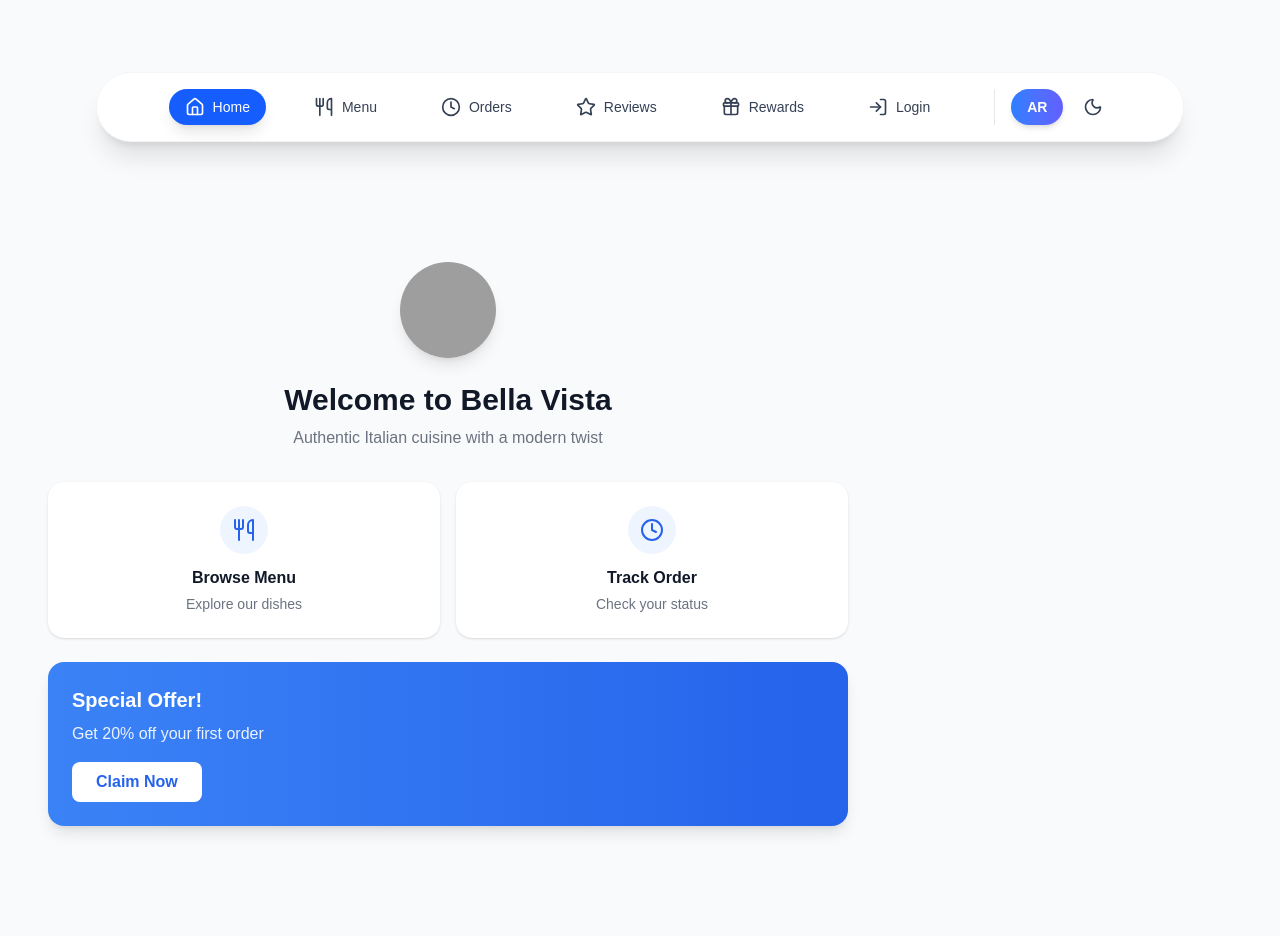
Repository: GraduationMERN/restaurant-system
Page: / (app in client/)
These files come from the project's save history. The page is drawn as it stood at one moment and after the next save; the edit follows.
The browser window is 1280 px wide. The pictures show the whole page.
Pictures or frames that could not be fetched are drawn as grey boxes. The project was rebuilt for these pictures with package versions that can differ from the ones it lists, and the page was loaded fresh each time. Also part of the build but not shown: client/vite.config.js, client/src/pages/ReviewsPage.jsx, client/src/components/Navbar.jsx, client/src/pages/RewardPage.jsx, client/src/components/ui/badge/Badge.jsx, client/src/components/ecommerce/EcommerceMetrics.jsx, client/src/components/ui/dropdown/Dropdown.jsx, client/src/components/ui/dropdown/DropdownItem.jsx and 37 more. Imported but missing from the stored project, and not drawn on this page: client/src/components/form/input/InputField, client/src/pages/admin/UserProfiles.

Above is the page before, as saved 2025-11-29 02:35:29.

### client/index.html
<!doctype html>
<html lang="en">
  <head>
    <meta charset="UTF-8" />
    <link rel="icon" type="image/svg+xml" href="/vite.svg" />
    <meta name="viewport" content="width=device-width, initial-scale=1.0" />
    <title>Restuarant</title>
  </head>
  <body>
    <div id="root"></div>
    <script type="module" src="/src/main.jsx"></script>
  </body>
</html>

### client/src/main.jsx
import { StrictMode } from 'react'
import { createRoot } from 'react-dom/client'
import './index.css'
import "swiper/swiper-bundle.css";
import "flatpickr/dist/flatpickr.css";
import App from './App.jsx'
import './i18n';
import { AppWrapper } from "./components/common/PageMeta.jsx";
import { ThemeProvider } from "./context/ThemeContext.jsx";
createRoot(document.getElementById('root')).render(
  // <StrictMode>
  <ThemeProvider>
    <AppWrapper>
      <App />
    </AppWrapper>
  </ThemeProvider>
  // </StrictMode>,
)

### client/src/App.jsx
import { BrowserRouter, Routes, Route } from "react-router-dom";
import ReviewsPage from "./pages/ReviewsPage";
import LandingPage from "./pages/LandingPage";
import Layout from "./components/Layout";
import RewardPage from "./pages/RewardPage";
import Admin from "./pages/admin/Admin";
import AppLayout from "./layout/admin-layout/AppLayout";
import { ScrollToTop } from "./components/common/ScrollToTop";
import OrderPage from "./features/orders/ui/OrderPage";

function App() {
  return (
    <BrowserRouter>
      <ScrollToTop />
      <Layout>
        <Routes>
          <Route path="/" element={<LandingPage />} />
          <Route path="/reviews" element={<ReviewsPage />} />
          <Route path="/rewards" element={<RewardPage />} />
           <Route path="/orders" element={<OrderPage />} />
          {/* Single Admin Page with section sub-route */}
          <Route element={<AppLayout />}>
            <Route path="/admin/:section?" element={<Admin />} />
          </Route>
        </Routes>
      </Layout>
    </BrowserRouter>
  );
}

export default App;

### client/src/components/common/PageMeta.jsx
import { HelmetProvider, Helmet } from "react-helmet-async";

const PageMeta = ({ title, description }) => (
  <Helmet>
    <title>{title}</title>
    <meta name="description" content={description} />
  </Helmet>
);

export const AppWrapper = ({ children }) => (
  <HelmetProvider>{children}</HelmetProvider>
);

export default PageMeta;

### client/src/context/ThemeContext.jsx
import { createContext, useState, useContext, useEffect } from "react";

const ThemeContext = createContext(undefined);

export const ThemeProvider = ({ children }) => {
  const [theme, setTheme] = useState("light");
  const [isInitialized, setIsInitialized] = useState(false);

  useEffect(() => {
    // This code will only run on the client side
    const savedTheme = localStorage.getItem("theme");
    const initialTheme = savedTheme || "light"; // Default to light theme

    setTheme(initialTheme);
    setIsInitialized(true);
  }, []);

  useEffect(() => {
    if (isInitialized) {
      localStorage.setItem("theme", theme);
      if (theme === "dark") {
        document.documentElement.classList.add("dark");
      } else {
        document.documentElement.classList.remove("dark");
      }
    }
  }, [theme, isInitialized]);

  const toggleTheme = () => {
    setTheme((prevTheme) => (prevTheme === "light" ? "dark" : "light"));
  };

  return (
    <ThemeContext.Provider value={{ theme, toggleTheme }}>
      {children}
    </ThemeContext.Provider>
  );
};

export const useTheme = () => {
  const context = useContext(ThemeContext);
  if (context === undefined) {
    throw new Error("useTheme must be used within a ThemeProvider");
  }
  return context;
};

### client/src/admin.css
@theme {
  --font-*: initial;
  --font-outfit: Outfit, sans-serif;

  --breakpoint-*: initial;
  --breakpoint-2xsm: 375px;
  --breakpoint-sm: 640px;
  --breakpoint-md: 768px;
  --breakpoint-lg: 1024px;
  --breakpoint-xl: 1280px;
  --breakpoint-2xl: 1536px;

  --text-title-2xl: 72px;
  --text-title-2xl--line-height: 90px;
  --text-title-xl: 60px;
  --text-title-xl--line-height: 72px;
  --text-title-lg: 48px;
  --text-title-lg--line-height: 60px;
  --text-title-md: 36px;
  --text-title-md--line-height: 44px;
  --text-title-sm: 30px;
  --text-title-sm--line-height: 38px;
  --text-theme-xl: 20px;
  --text-theme-xl--line-height: 30px;
  --text-theme-sm: 14px;
  --text-theme-sm--line-height: 20px;
  --text-theme-xs: 12px;
  --text-theme-xs--line-height: 18px;

  --color-current: currentColor;
  --color-transparent: transparent;
  --color-white: #ffffff;

  --color-brand-50: #ecf3ff;
  --color-brand-100: #dde9ff;
  --color-brand-200: #c2d6ff;
  --color-brand-300: #9cb9ff;
  --color-brand-400: #7592ff;
  --color-brand-500: #465fff;
  --color-brand-600: #3641f5;
  --color-brand-700: #2a31d8;
  --color-brand-800: #252dae;
  --color-brand-900: #262e89;

  --color-blue-light-50: #f0f9ff;
  --color-blue-light-100: #e0f2fe;
  --color-blue-light-200: #b9e6fe;
  --color-blue-light-300: #7cd4fd;
  --color-blue-light-400: #36bffa;
  --color-blue-light-500: #0ba5ec;
  --color-blue-light-600: #0086c9;
  --color-blue-light-700: #026aa2;
  --color-blue-light-800: #065986;
  --color-blue-light-900: #0b4a6f;

  --color-gray-50: #f9fafb;
  --color-gray-100: #f2f4f7;
  --color-gray-200: #e4e7ec;
  --color-gray-300: #d0d5dd;
  --color-gray-400: #98a2b3;
  --color-gray-500: #667085;
  --color-gray-600: #475467;
  --color-gray-700: #344054;
  --color-gray-800: #1d2939;
  --color-gray-900: #101828;

  --color-gray-dark: #1a2231;

  --color-orange-50: #fff6ed;
  --color-orange-100: #ffead5;
  --color-orange-200: #fddcab;
  --color-orange-300: #feb273;
  --color-orange-400: #fd853a;
  --color-orange-500: #fb6514;
  --color-orange-600: #ec4a0a;
  --color-orange-700: #c4320a;
  --color-orange-800: #9c2a10;
  --color-orange-900: #7e2410;

  --color-success-50: #ecfdf3;
  --color-success-100: #d1fadf;
  --color-success-200: #a6f4c5;
  --color-success-300: #6ce9a6;
  --color-success-400: #32d583;
  --color-success-500: #12b76a;
  --color-success-600: #039855;
  --color-success-700: #027a48;
  --color-success-800: #05603a;
  --color-success-900: #054f31;

  --color-error-50: #fef3f2;
  --color-error-100: #fee4e2;
  --color-error-200: #fecdca;
  --color-error-300: #fda29b;
  --color-error-400: #f97066;
  --color-error-500: #f04438;
  --color-error-600: #d92d20;
  --color-error-700: #b42318;
  --color-error-800: #912018;
  --color-error-900: #7a271a;

  --color-warning-50: #fffaeb;
  --color-warning-100: #fef0c7;
  --color-warning-200: #fedf89;
  --color-warning-300: #fec84b;
  --color-warning-400: #fdb022;
  --color-warning-500: #f79009;
  --color-warning-600: #dc6803;
  --color-warning-700: #b54708;
  --color-warning-800: #93370d;
  --color-warning-900: #7a2e0e;

  --shadow-theme-md: 0px 4px 8px -2px rgba(16, 24, 40, 0.1),
    0px 2px 4px -2px rgba(16, 24, 40, 0.06);
  --shadow-theme-lg: 0px 12px 16px -4px rgba(16, 24, 40, 0.08),
    0px 4px 6px -2px rgba(16, 24, 40, 0.03);
  --shadow-theme-sm: 0px 1px 3px 0px rgba(16, 24, 40, 0.1),
    0px 1px 2px 0px rgba(16, 24, 40, 0.06);
  --shadow-theme-xs: 0px 1px 2px 0px rgba(16, 24, 40, 0.05);
  --shadow-theme-xl: 0px 20px 24px -4px rgba(16, 24, 40, 0.08),
    0px 8px 8px -4px rgba(16, 24, 40, 0.03);
  --shadow-focus-ring: 0px 0px 0px 4px rgba(70, 95, 255, 0.12);

  --z-index-1: 1;
  --z-index-999: 999;
  --z-index-99999: 99999;
}

@layer base {
  *,
  ::after,
  ::before,
  ::backdrop,
  ::file-selector-button {
    border-color: var(--color-gray-200, currentColor);
  }
  button:not(:disabled),
  [role="button"]:not(:disabled) {
    cursor: pointer;
  }
  body {
    @apply relative font-normal font-outfit z-1 bg-gray-50 dark:bg-gray-900;
  }
}

@utility menu-item {
  @apply relative flex items-center w-full gap-3 px-3 py-2 font-medium rounded-lg text-theme-sm;
}

@utility menu-item-active {
  @apply bg-brand-50 text-brand-500 dark:bg-brand-500/[0.12] dark:text-brand-400;
}

@utility menu-item-inactive {
  @apply text-gray-700 hover:bg-gray-100 group-hover:text-gray-700 dark:text-gray-300 dark:hover:bg-white/5 dark:hover:text-gray-300;
}

@utility menu-item-icon-active {
  @apply text-brand-500 dark:text-brand-400;
}

@utility menu-item-icon-size {
  & svg {
    @apply !size-6;
  }
}

@utility menu-item-icon-inactive {
  @apply text-gray-500 group-hover:text-gray-700 dark:text-gray-400 dark:group-hover:text-gray-300;
}

### client/src/pages/LandingPage.jsx
import React from "react";
import { Utensils, Clock } from "lucide-react";

export default function LandingPage() {
  return (
    <div className="min-h-screen bg-default flex items-center justify-center px-4">
      <div className="max-w-7xl w-full">
        {/* Logo and Header */}
        <div className="text-center mb-8">
          <div className="w-24 h-24 mx-auto mb-6 rounded-full overflow-hidden shadow-lg">
            <img
              src="https://images.unsplash.com/photo-1517248135467-4c7edcad34c4?w=200&h=200&fit=crop"
              alt="Bella Vista"
              className="w-full h-full object-cover"
            />
          </div>
          <h1 className="text-3xl font-bold text-on-surface mb-2">
            Welcome to Bella Vista
          </h1>
          <p className="text-muted">
            Authentic Italian cuisine with a modern twist
          </p>
        </div>

        {/* Action Cards */}
        <div className="grid grid-cols-2 gap-4 mb-6">
          <button className="bg-surface rounded-2xl p-6 shadow-sm hover:shadow-md transition text-center">
            <div className="w-12 h-12 bg-primary-100 rounded-full flex items-center justify-center mx-auto mb-3">
              <Utensils className="w-6 h-6 text-primary" />
            </div>
            <h3 className="font-semibold text-on-surface mb-1">Browse Menu</h3>
            <p className="text-sm text-muted">Explore our dishes</p>
          </button>

          <button className="bg-surface rounded-2xl p-6 shadow-sm hover:shadow-md transition text-center">
            <div className="w-12 h-12 bg-primary-100 rounded-full flex items-center justify-center mx-auto mb-3">
              <Clock className="w-6 h-6 text-primary" />
            </div>
            <h3 className="font-semibold text-on-surface mb-1">Track Order</h3>
            <p className="text-sm text-muted">Check your status</p>
          </button>
        </div>

        {/* Special Offer Card */}
        <div className="bg-primary-gradient rounded-2xl p-6 shadow-lg text-white">
          <h3 className="text-xl font-bold mb-2">Special Offer!</h3>
          <p className="mb-4 opacity-90">Get 20% off your first order</p>
          <button className="bg-surface text-primary px-6 py-2 rounded-lg font-semibold hover:bg-default transition">
            Claim Now
          </button>
        </div>
      </div>
    </div>
  );
}

### client/src/components/Layout.jsx
import DesktopNav from "./desktopNav";
import Navbar from "./Navbar";
import { useLocation } from "react-router-dom";

export default function Layout({ children }) {
  const location = useLocation();
  const isAdmin = location.pathname.startsWith("/admin");

  return (
    <div className="min-h-screen w-full flex flex-col bg-gray-50">
      <div className={`w-full flex justify-center md:block`}>
        <div className={`w-full max-w-xl px-4 py-6 md:max-w-4xl md:px-8 md:pt-[calc(10vh+7rem)] md:pb-8`}>
          {children}
        </div>
      </div>

      {!isAdmin && (
        <div className="md:hidden pb-4">
          {/* Mobile navbar is now in bottom as before */}
        </div>
      )}
      {!isAdmin && <DesktopNav />}
    </div>
  );
}

Loaded but not shown: client/src/index.css (common file); client/src/components/common/ScrollToTop.jsx (common file); client/src/languages/ArabicLang.json (7 lines, source omitted); client/src/languages/EnglishLang.json (7 lines, source omitted); client/src/icons/admin-icons/index.js (43 lines, source omitted); client/src/i18n.js (30 lines, source omitted); client/src/layout/admin-layout/AppSidebar.jsx (280 lines, source omitted); client/src/components/DesktopNav.jsx (244 lines, source omitted)

After the next save:
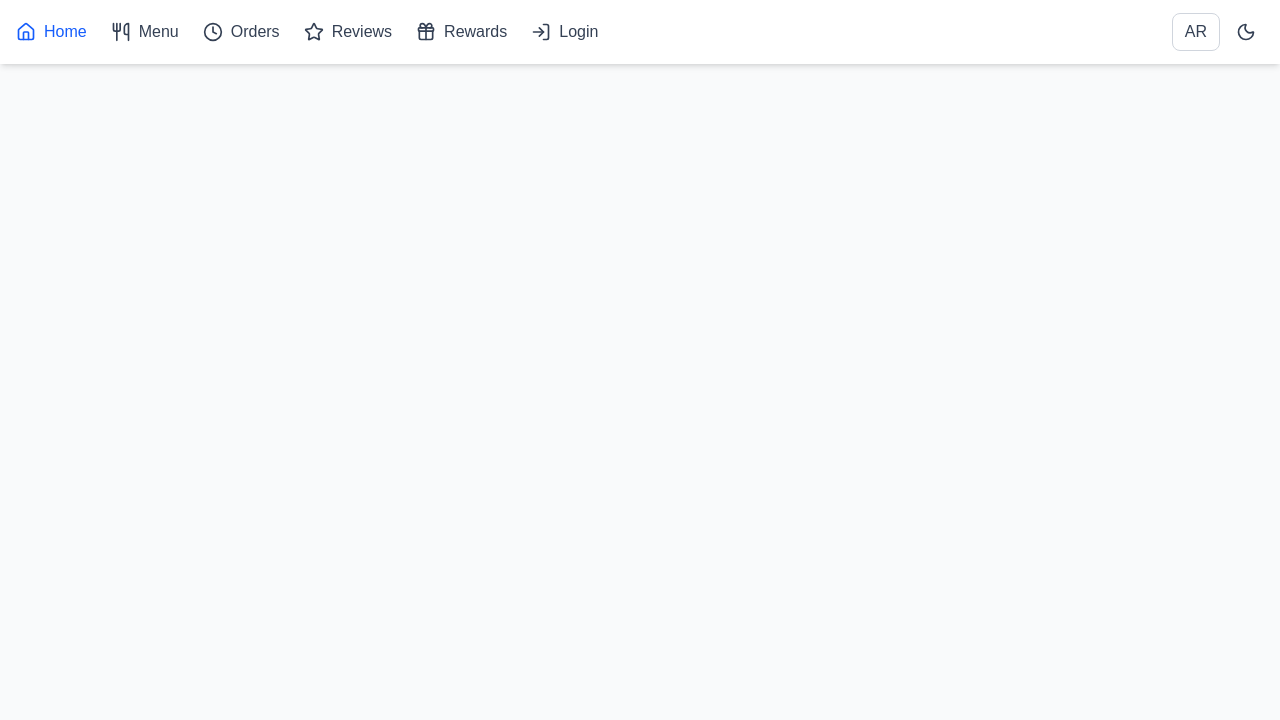
Saved 13 s later.
--- a/client/src/components/Layout.jsx
+++ b/client/src/components/Layout.jsx
@@ -1,25 +1,103 @@
-import DesktopNav from "./desktopNav";
-import Navbar from "./Navbar";
-import { useLocation } from "react-router-dom";
+import {
+  Home,
+  Utensils,
+  Clock4,
+  Star,
+  Gift,
+  Moon,
+  LogInIcon,
+} from "lucide-react";
+import { Link, useLocation } from "react-router-dom";
+import { useTranslation } from "react-i18next";
 
-export default function Layout({ children }) {
+export default function DesktopNav() {
+  const { t, i18n } = useTranslation();
   const location = useLocation();
-  const isAdmin = location.pathname.startsWith("/admin");
+
+  const isActive = (path) => location.pathname === path;
 
   return (
-    <div className="min-h-screen w-full flex flex-col bg-gray-50">
-      <div className={`w-full flex justify-center md:block`}>
-        <div className={`w-full max-w-xl px-4 py-6 md:max-w-4xl md:px-8 md:pt-[calc(10vh+7rem)] md:pb-8`}>
-          {children}
+    <nav className="hidden md:block fixed top-0 left-0 right-0 bg-white shadow-md z-50">
+      <div className="max-w-7xl mx-auto px-4 h-16 flex justify-between items-center">
+        <div className="flex gap-6">
+          <Link
+            to="/"
+            className={`flex items-center gap-2 font-medium hover:text-blue-600 transition-colors ${
+              isActive('/') ? 'text-blue-600' : 'text-gray-700'
+            }`}
+          >
+            <Home size={20} />
+            {t("home")}
+          </Link>
+          <Link
+            to="/menu"
+            className={`flex items-center gap-2 font-medium hover:text-blue-600 transition-colors ${
+              isActive('/menu') ? 'text-blue-600' : 'text-gray-700'
+            }`}
+          >
+            <Utensils size={20} />
+            {t("menu")}
+          </Link>
+          <Link
+            to="/orders"
+            className={`flex items-center gap-2 font-medium hover:text-blue-600 transition-colors ${
+              isActive('/orders') ? 'text-blue-600' : 'text-gray-700'
+            }`}
+          >
+            <Clock4 size={20} />
+            {t("orders")}
+          </Link>
+          <Link
+            to="/reviews"
+            className={`flex items-center gap-2 font-medium hover:text-blue-600 transition-colors ${
+              isActive('/reviews') ? 'text-blue-600' : 'text-gray-700'
+            }`}
+          >
+            <Star size={20} />
+            {t("reviews")}
+          </Link>
+          <Link
+            to="/rewards"
+            className={`flex items-center gap-2 font-medium hover:text-blue-600 transition-colors ${
+              isActive('/rewards') ? 'text-blue-600' : 'text-gray-700'
+            }`}
+          >
+            <Gift size={20} />
+            {t("rewards")}
+          </Link>
+          <Link
+            to="/login"
+            className={`flex items-center gap-2 font-medium hover:text-blue-600 transition-colors ${
+              isActive('/login') ? 'text-blue-600' : 'text-gray-700'
+            }`}
+          >
+            <LogInIcon size={20} />
+            {t("Login")}
+          </Link>
+        </div>
+
+        <div className="flex gap-2 items-center">
+          {i18n.language === "en" && (
+            <button
+              onClick={() => i18n.changeLanguage("ar")}
+              className="px-3 py-1.5 border border-gray-300 rounded-lg hover:bg-gray-50 transition-colors text-gray-700 font-medium"
+            >
+              AR
+            </button>
+          )}
+          {i18n.language === "ar" && (
+            <button
+              onClick={() => i18n.changeLanguage("en")}
+              className="px-3 py-1.5 border border-gray-300 rounded-lg hover:bg-gray-50 transition-colors text-gray-700 font-medium"
+            >
+              EN
+            </button>
+          )}
+          <button className="px-2 py-1.5 hover:bg-gray-100 rounded-lg transition-colors text-gray-700">
+            <Moon size={20} />
+          </button>
         </div>
       </div>
-
-      {!isAdmin && (
-        <div className="md:hidden pb-4">
-          {/* Mobile navbar is now in bottom as before */}
-        </div>
-      )}
-      {!isAdmin && <DesktopNav />}
-    </div>
+    </nav>
   );
 }
